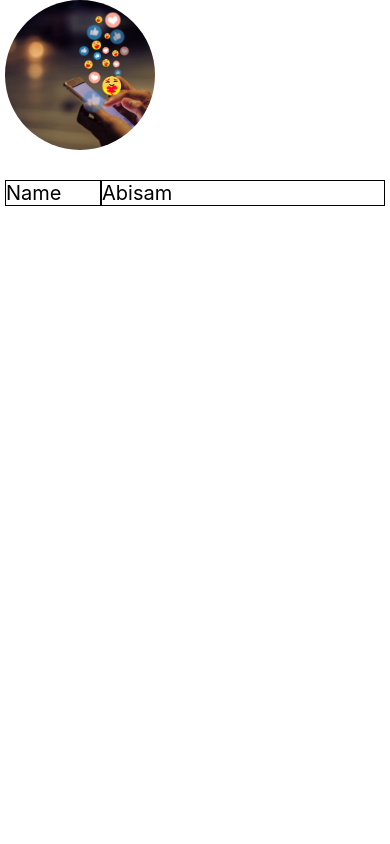
Repository: 2000-Nanayaw/MobileApp
Screen: /
An editor plug-in stored every save of this project. The screen is shown before and after the next save, followed by the edit.
The app was drawn by React Native's web renderer in a window 390 px wide. The project was rebuilt for these pictures with package versions that can differ from the ones it lists, and the page was loaded fresh each time.

Above is the screen before, as saved 2023-08-28 04:33:08.

After the next save:
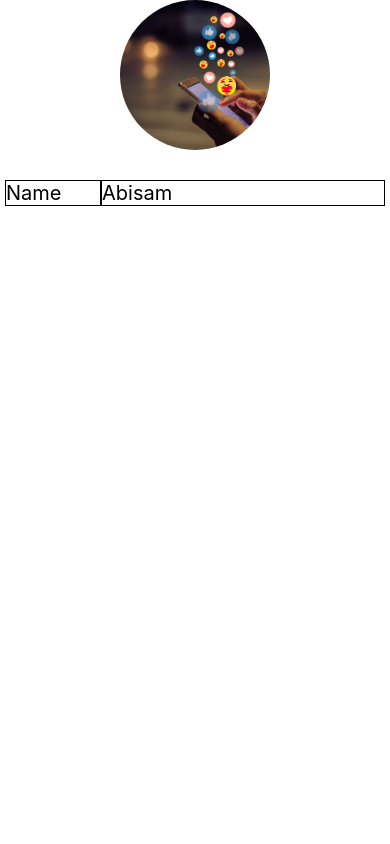
Saved 2 min 11 s later.
--- a/App.js
+++ b/App.js
@@ -55,8 +55,9 @@ container: {
 image: {
   height: 150,
   width: 150,
-  borderRadius: 200,
+  borderRadius: 75,
   marginBottom: 30,
+  alignSelf: "center",
 },
 detailContainer: {
   flexDirection: "row"
